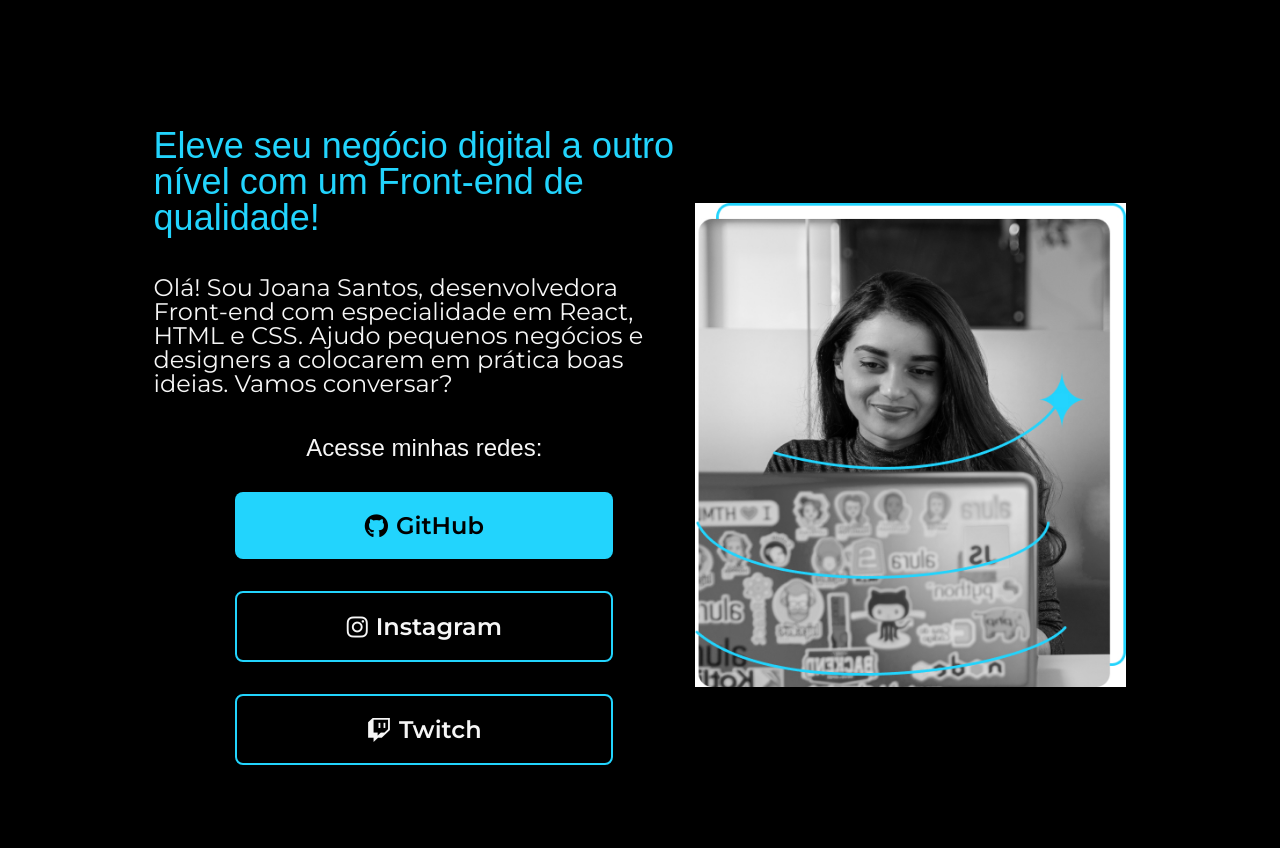
Repository: joaoPraiaJunior/html-basico
Page: index.html
These files come from the project's save history. The page is drawn as it stood at one moment and after the next save; the edit follows.
The browser window is 1280 px wide. The pictures show the whole page.
Some web fonts or font styles are not loaded; a fallback is used. Some web libraries are served in a nearby version.

Above is the page before, as saved 2024-06-06 18:54:05.

### index.html
<!DOCTYPE html>
<html lang="pt-BR" dir="ltr">
  <head>
    <meta charset="UTF-8" />
    <meta http-equiv="X-UA-Compatible" content="IE=edge" />
    <meta name="viewport" content="width=device-width, initial-scale=1.0" />
    <title>Portifólio</title>
    <link rel="stylesheet" href="css/reset.css" />
    <link rel="stylesheet" href="css/style.css" />
  </head>
  <body>
    <header></header>
    <main class="apresentacao">
      <section class="apresentacao__conteudo">
        <h1 class="apresentacao__titulo">
          Eleve seu negócio digital a outro nível com um Front-end de qualidade!
        </h1>
        <p class="apresentacao__texto">
          Olá! Sou Joana Santos, desenvolvedora Front-end com especialidade em
          React, HTML e CSS. Ajudo pequenos negócios e designers a colocarem em
          prática boas ideias. Vamos conversar?
        </p>
        <div class="apresentacao__links">
          <h2 class="apresentacao__subtitulo">Acesse minhas redes:</h2>
          <a class="apresentacao__link" href="https://github.com/joaoPraiaJunior"><i class="fa-brands fa-github"></i> <span>GitHub</span></a>
          <a class="apresentacao__link apresentacao__link--transparente" href="https://www.instagram.com/joaopraiajunior/"><i class="fa-brands fa-instagram"></i> <span>Instagram</span></a>
          <a class="apresentacao__link apresentacao__link--transparente" href="http://"><i class="fa-brands fa-twitch"></i> <span>Twitch</span></a>
        </div>
      </section>
      <section class="apresentacao__imagem">
        <img src="images/Imagem.jpg" alt="foto da joana santos programando!" />
      </section>
    </main>
    <footer></footer>
  </body>
  <script src="https://kit.fontawesome.com/c4ee7a6e8c.js" crossorigin="anonymous"></script>
</html>

### css/reset.css
/* http://meyerweb.com/eric/tools/css/reset/
   v2.0 | 20110126
   License: none (public domain)
*/

* {
    box-sizing: border-box;
}

html, body, div, span, applet, object, iframe,
h1, h2, h3, h4, h5, h6, p, blockquote, pre,
a, abbr, acronym, address, big, cite, code,
del, dfn, em, img, ins, kbd, q, s, samp,
small, strike, strong, sub, sup, tt, var,
b, u, i, center,
dl, dt, dd, ol, ul, li,
fieldset, form, label, legend,
table, caption, tbody, tfoot, thead, tr, th, td,
article, aside, canvas, details, embed,
figure, figcaption, footer, header, hgroup,
menu, nav, output, ruby, section, summary,
time, mark, audio, video {
	margin: 0;
	padding: 0;
	border: 0;
	font: inherit;
	vertical-align: baseline;
}
/* HTML5 display-role reset for older browsers */
article, aside, details, figcaption, figure,
footer, header, hgroup, menu, nav, section {
	display: block;
}
body {
	line-height: 1;
}
ol, ul {
	list-style: none;
}
blockquote, q {
	quotes: none;
}
blockquote:before, blockquote:after,
q:before, q:after {
	content: '';
	content: none;
}
table {
	border-collapse: collapse;
	border-spacing: 0;
}

### css/style.css
@import url('https://fonts.googleapis.com/css2?family=Krona+One&family=Montserrat:wght@400;600&display=swap');

html {
  font-size: 62.5%;
}

body {
  color: #f6f6f6;
  background-color: #000;
  font-size: 1.6rem;
  height: 100vh;
}

.apresentacao {
  margin: 10% 12%;
  display: flex;
  justify-content: space-between;
  align-items: center;
}

.apresentacao__conteudo {
  display:flex;
  flex-direction: column;
  width: 615px;
  gap: 40px;
}

.apresentacao__titulo {
  color: #22d4fd;
  font-family: 'Krona One', sans-serif;
  font-size: 3.6rem;
}

.apresentacao__subtitulo{
  font-family: 'Krona One', sans-serif;
  font-size: 2.4rem;
  font-weight: 400;
}

.apresentacao__texto {
  font-family: 'Montserrat', sans-serif;
  font-size: 2.4rem;
}

.apresentacao__links {
  display: flex;
  flex-direction: column;
  justify-content: space-between;
  align-items: center;
  row-gap: 32px;
}

.apresentacao__link {
  display:flex;
  justify-content: center;
  column-gap: 8px;
  color: #000;
  background-color: #22d4fd;
  font-family: 'Montserrat', sans-serif;
  font-size: 2.4rem;
  font-weight: 600;
  padding: 21.5px 0;
  width: 378px;
  border-radius: 8px;
  text-align: center;
  text-decoration: none;
}

.apresentacao__link--transparente {
  color: #f6f6f6;
  background-color: transparent;
  border: 2px solid #22d4fd;
}

.apresentacao__link--transparente .fa-brands {
  transition: color .5s ease-in-out;
}

.apresentacao__link--transparente:hover .fa-brands {
  color: #22d4fd;
}

.apresentacao__imagem img {
  max-width: 100%;
}

After the next save:
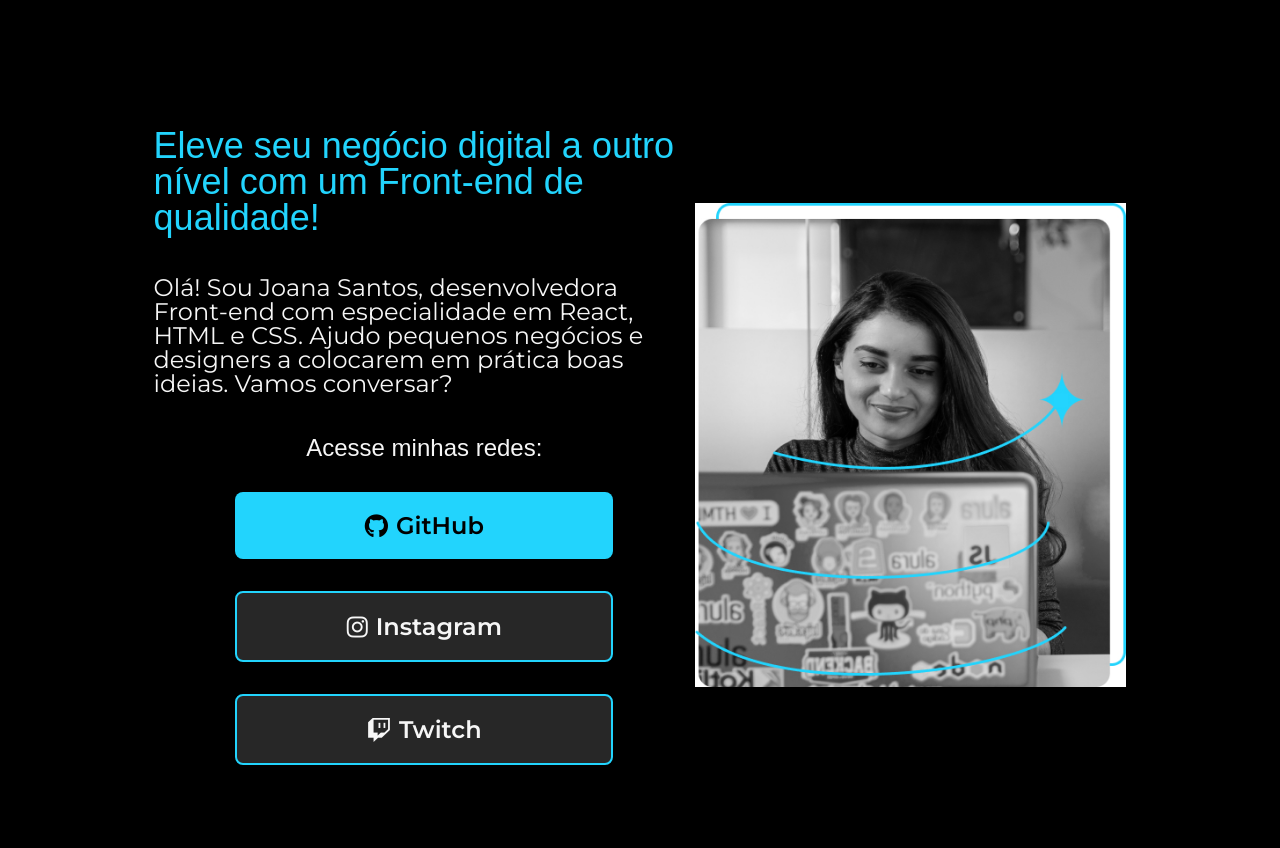
Saved 104 s later.
--- a/css/style.css
+++ b/css/style.css
@@ -72,6 +72,10 @@
   border: 2px solid #22d4fd;
 }
 
+.apresentacao__link--transparente {
+  background-color: #272727;
+}
+
 .apresentacao__link--transparente .fa-brands {
   transition: color .5s ease-in-out;
 }

After the save that followed:
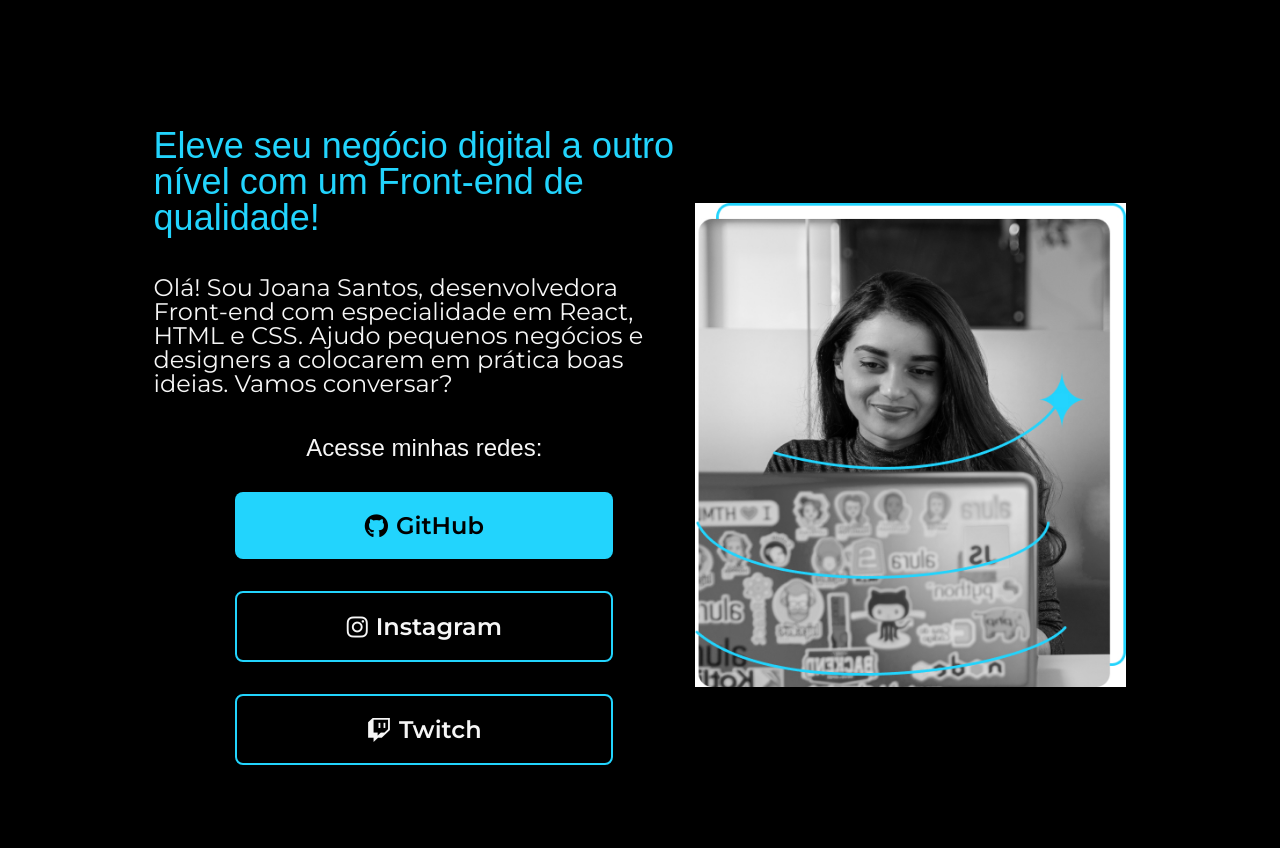
Saved 11 s later.
--- a/css/style.css
+++ b/css/style.css
@@ -72,7 +72,7 @@
   border: 2px solid #22d4fd;
 }
 
-.apresentacao__link--transparente {
+.apresentacao__link--transparente:hover {
   background-color: #272727;
 }
 
